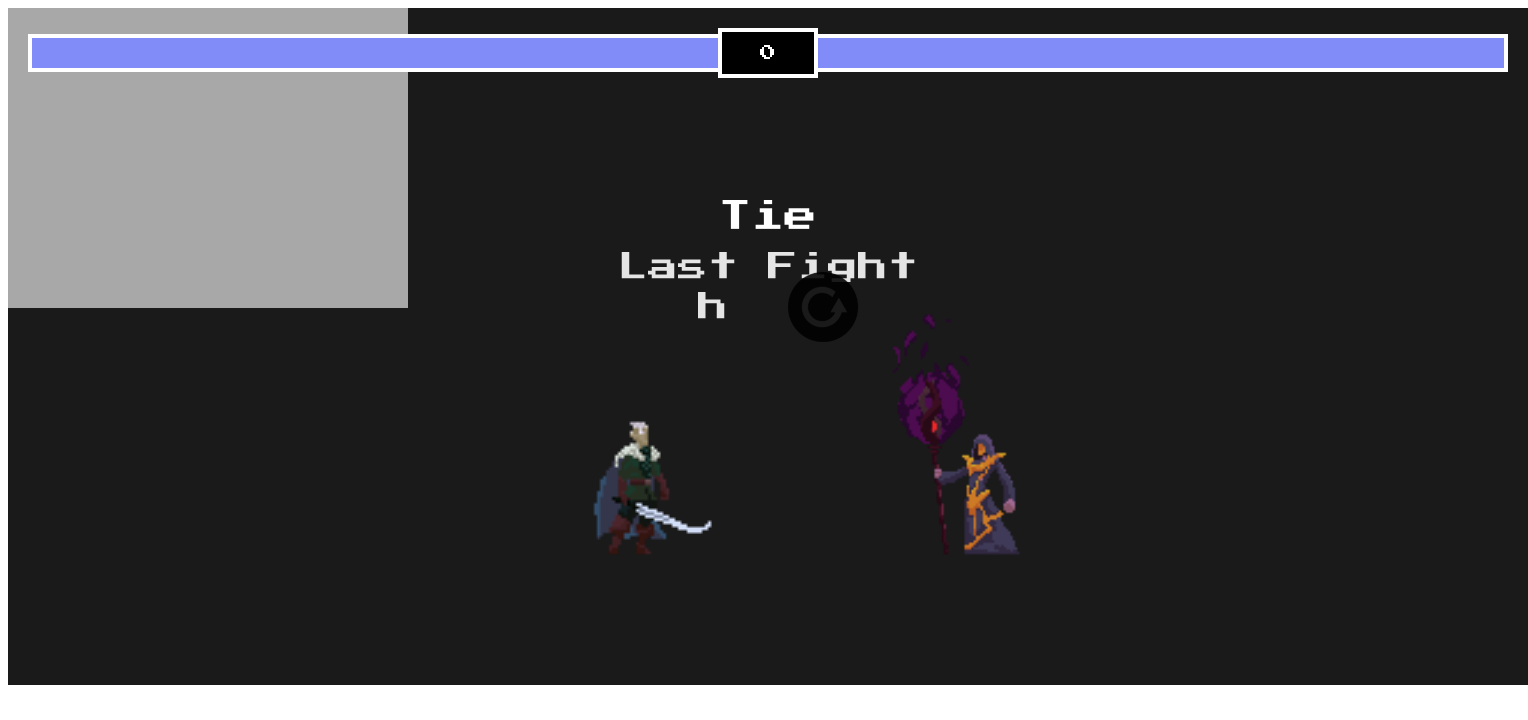
Repository: Gaurav31052/Fighting-game
Page: index.html
An editor plug-in stored every save of this project. The page is shown before and after the next save, followed by the edit.
The browser window is 1280 px wide. The page is 1528 px wide, so the pictures cover 1528 px, including what lies to the right of the window. The pictures show the whole page.
Some web libraries are served in a nearby version.

Above is the page before, as saved 2024-05-30 22:33:23.

### index.html
<head>
    <link rel="preconnect" href="https://fonts.googleapis.com">
    <link rel="preconnect" href="https://fonts.gstatic.com" crossorigin>
    <link href="https://fonts.googleapis.com/css2?family=Press+Start+2P&display=swap" rel="stylesheet">
    <style>
        * {
            box-sizing: border-box;
            font-family: "Press Start 2P", system-ui;
        }

            @keyframes fadeIn {
                from { opacity: 0; }
                to { opacity: 1; }
            }
            .image1{
                width: 70px;
            }

    </style>
</head>

<body>
    <!-- red container div -->
    <div style="position: relative; display: inline-block;">
        <!-- smaller red container div -->
        <div style="position: absolute; display: flex; align-items: center; width: 100%; padding: 20px;">
            <!-- player health -->
            <div style="position: relative; width: 100%; display: flex; justify-content: flex-end;
            border-top: 4px solid white;
            border-bottom: 4px solid white;
            border-left: 4px solid white;

            ">
                <div style="background-color: red; height: 30px; width: 100%;"></div>
                <div id="playerHealth"
                    style="position: absolute; background: #818CF8; top: 0; right: 0; bottom: 0; width: 100%;"></div>
            </div>
            <!-- timer -->
            <div id="timer"
                style="background-color: black; width: 100px; height: 50px; flex-shrink: 0; display: flex; align-items: center; justify-content: center; color: white; border: 4px solid white">
                10
            </div>
            <!-- enemy health -->
            <div style="position: relative;  width: 100%; border-top: 4px solid white;
            border-bottom: 4px solid white;
            border-right: 4px solid white;">
                <div style="background-color: red; height: 30px;"></div>
                <div id="enemyHealth"
                    style="position: absolute; background: #818CF8; top: 0; right: 0; bottom: 0; left: 0;"></div>
            </div>
        </div>
        <div id="displayText" style="position: absolute; color: white; display: flex; align-items: center; justify-content: center; top: 0;
        right: 0; left: 0; bottom: 260; font-size: 33px; display: none;">tie</div>
        <div id="displayText2" style="position: absolute; color: white; display: flex; align-items: center; justify-content: center; top: 0;
        right: 0; left: 0; bottom: 160; font-size: 30px; display: none; opacity: 0; animation: fadeIn 5s forwards; "></div>


        <div id="displayText4" style="position: absolute; color: white; display: flex; align-items: center; justify-content: center; top: 0;
        right: 0; left: 110; bottom: 80; font-size: 30px; display: none; opacity: 0; animation: fadeIn 5s forwards; "><img class="image1" src="./img/replay.png" alt="" srcset=""></div>
        <div id="displayText5" style="position: absolute; color: white; display: flex; align-items: center; justify-content: center; top: 0;
        right:110; left: 0; bottom: 80; font-size: 30px; display: none; opacity: 0; animation: fadeIn 5s forwards; ">h</div>



        <canvas id="canvas"></canvas>

    </div>

<!-- <script src="//cdnjs.cloudflare.com/ajax/libs/annyang/2.6.1/annyang.min.js"></script> -->
    <script src="https://cdnjs.cloudflare.com/ajax/libs/gsap/3.9.1/gsap.min.js"
        integrity="sha512-H6cPm97FAsgIKmlBA4s774vqoN24V5gSQL4yBTDOY2su2DeXZVhQPxFK4P6GPdnZqM9fg1G3cMv5wD7e6cFLZQ=="
        crossorigin="anonymous" referrerpolicy="no-referrer"></script>
    <script src="JS/utils.js"></script>
    <script src="JS/classes.js"></script>
    <script src="game.js"></script>

</body>

### JS/utils.js
function rectangularCollision({ rectangle1, rectangle2 }) {
    return (rectangle1.attackBox.position.x + rectangle1.attackBox.width >= rectangle2.position.x && rectangle1.attackBox.position.x <= rectangle2.position.x + rectangle2.width && rectangle1.attackBox.position.y + rectangle1.attackBox.height >= rectangle2.position.y && rectangle1.attackBox.position.y <= rectangle2.position.y + rectangle2.height)
}

function determineWinner({ player, enemy, timerId }) {
    clearTimeout(timerId)
    document.querySelector('#displayText').style.display = 'flex'
    document.querySelector('#displayText2').style.display = 'flex'
    // document.querySelector('#displayText3').style.display = 'flex'
    document.querySelector('#displayText4').style.display = 'flex'
    document.querySelector('#displayText5').style.display = 'flex'
    if (player.health === enemy.health) {
        game_sound.pause();
        draw.loop=true;
        draw.play();
        document.querySelector('#displayText').innerHTML = 'Tie'
        document.querySelector('#displayText2').innerHTML = 'Last Fight'
        // document.querySelector('#displayText4').innerHTML = 'Reply'
        // document.querySelector('#displayText5').innerHTML = 'home'
    }
    else if (player.health > enemy.health) {
        game_sound.pause();
        winning.play()
        document.querySelector('#displayText').innerHTML = 'Player-1 Wins!'
        document.querySelector('#displayText2').innerHTML = 'Last Fight'
    }
    else if (player.health < enemy.health) {
        game_sound.pause();
        winning.play()
        document.querySelector('#displayText').innerHTML = 'Player-2 Wins!'
        document.querySelector('#displayText2').innerHTML = 'Last Fight'
    }
}

let timer = 3;
let timerId
function decreaseTimer() {
    if (timer > 0) {
        timerId = setTimeout(decreaseTimer, 1000)
        timer--
        document.querySelector('#timer').innerHTML = timer;
    }
    if (timer == 0) {
        determineWinner({ player, enemy, timerId })
    }
}


var draw =new Audio("./audio/tie_bgm.mp3");
var winning =new Audio("./audio/winning audio.mp3");

### JS/classes.js
class Sprite {
    constructor({ position, imageSrc, scale = 1, frameMax = 1, offset = { x: 0, y: 0 } }) {
        this.position = position;
        this.width = 50
        this.height = 150
        this.image = new Image()
        this.image.src = imageSrc
        this.scale = scale
        this.frameMax = frameMax
        this.frameCurrent = 0
        this.frameElapsed = 0
        this.frameHold = 5
        this.offset = offset
    }
    draw() {

        c.drawImage(this.image, this.frameCurrent * (this.image.width / this.frameMax), 0, this.image.width / this.frameMax, this.image.height,

            this.position.x - this.offset.x, this.position.y - this.offset.y, (this.image.width / this.frameMax) * this.scale, this.image.height * this.scale)
    }

    animateFrame() {
        this.frameElapsed++
        if (this.frameElapsed % this.frameHold === 0) {
            if (this.frameCurrent < this.frameMax - 1) {

                this.frameCurrent++
            }
            else {
                this.frameCurrent = 0
            }
        }
    }

    update() {
        this.draw()
        this.animateFrame()
    }
}




class Fighter extends Sprite {
    constructor({ position, velocity, color = 'red', imageSrc, scale = 1, frameMax = 1, offset = { x: 0, y: 0 }, sprites,attackBox ={offset: {}, width: undefined, height: undefined} }) {
        super({
            position,
            imageSrc,
            frameMax,
            scale,
            offset
        })

        this.velocity = velocity;
        this.width = 50
        this.height = 150
        this.lastkey
        this.attackBox = {
            position: {
                x: this.position.x,
                y: this.position.y
            },
            offset: attackBox.offset,
            width: attackBox.width,
            height: attackBox.height
        }
        this.color = color
        this.isAttacking
        this.health = 100
        this.frameCurrent = 0
        this.frameElapsed = 0
        this.frameHold = 5
        this.sprites =sprites
        this.dead = false

        for(const sprite in this.sprites){
            sprites[sprite].image =new Image()
            sprites[sprite].image.src= sprites[sprite].imageSrc
        }

    }
    // draw() {
    //     c.fillStyle = this.color
    //     c.fillRect(this.position.x, this.position.y, this.width, this.height)

    //     // attack box
    //     if (this.isAttacking) {
    //         c.fillStyle = 'green'
    //         c.fillRect(this.attackBox.position.x, this.attackBox.position.y, this.attackBox.width, this.attackBox.height)
    //     }
    // }
    update() {
        this.draw()
        if(!this.dead)
        this.animateFrame()


// attack boxes
        this.attackBox.position.x = this.position.x + this.attackBox.offset.x
        this.attackBox.position.y = this.position.y + this.attackBox.offset.y

        // draw the attack box
        // c.fillRect(this.attackBox.position.x, this.attackBox.position.y, this.attackBox.width, this.attackBox.height)

        this.position.y += this.velocity.y
        this.position.x += this.velocity.x

        //gravity function
        if (this.position.y + this.height + this.velocity.y >= canvas.height-200) {
            this.velocity.y = 0
            this.position.y = 400
        }
        else {
            this.velocity.y += gravity
        }

    }
    attack() {
        this.switchSprite('attack1')
        this.isAttacking = true

    }

    takeHit(){
        this.health -= 5

        if(this.health <= 0){
            this.switchSprite('death')
        }
        else{
            this.switchSprite('takeHit')
        }
    }

    switchSprite(sprite){
        if(this.image === this.sprites.death.image) {
            if(this.frameCurrent=== this.sprites.death.frameMax-1) this.dead = true
            return}
        // overriding all other animations with the attack animations
        if(this.image === this.sprites.attack1.image && this.frameCurrent < this.sprites.attack1.frameMax -1) return

        // override when fighter gets hit
        if(this.image === this.sprites.takeHit.image && this.frameCurrent < this.sprites.takeHit.frameMax -1) return

        switch (sprite) {
            case 'idle':
                if(this.image!= this.sprites.idle.image){
                this.image=this.sprites.idle.image
                this.frameMax = this.sprites.idle.frameMax
                this.frameCurrent = 0
        }
                break;
            case 'run':
            if(this.image!= this.sprites.run.image){
            this.image=this.sprites.run.image
            this.frameMax = this.sprites.run.frameMax
            this.frameCurrent = 0
        }
                break;
            case 'jump':
                if(this.image!= this.sprites.jump.image){
                this.image =this.sprites.jump.image
                this.frameMax = this.sprites.jump.frameMax
                this.frameCurrent = 0
                }
                break;
            case 'fall':
                if(this.image!= this.sprites.fall.image){
                this.image =this.sprites.fall.image
                this.frameMax = this.sprites.fall.frameMax
                this.frameCurrent = 0
                }
                break;
            case 'attack1':
                if(this.image!= this.sprites.attack1.image){
                this.image =this.sprites.attack1.image
                this.frameMax = this.sprites.attack1.frameMax
                this.frameCurrent = 0
                }
                break;
            case 'takeHit':
                if(this.image!= this.sprites.takeHit.image){
                this.image =this.sprites.takeHit.image
                this.frameMax = this.sprites.takeHit.frameMax
                this.frameCurrent = 0
                }
                break;
            case 'death':
                if(this.image!= this.sprites.death.image){
                this.image =this.sprites.death.image
                this.frameMax = this.sprites.death.frameMax
                this.frameCurrent = 0
                }

                break;

        }
    }
}

### game.js
const canvas = document.getElementById('canvas');
const c = canvas.getContext('2d');

canvas.width = 1520
// canvas.width = window. innerWidth;
canvas.height = 677
// canvas.height = window. innerHeight;

c.fillRect(0, 0, canvas.width, canvas.height)

const gravity = 2.9


const background = new Sprite({
    position: {
        x: 0,
        y: 0,

    },
    // imageSrc: './img/background5.jpg'
    imageSrc: localStorage.getItem(1)


})





// const shop = new Sprite({
//     position: {
//         x: 600,
//         y: 128
//     },
//     imageSrc: './img/shop.png',
//     scale: 2.75,
//     frameMax: 6
// })


const player = new Fighter({
    position: {
        x: 600,
        y: 0
    },
    velocity: {
        x: 0,
        y: 0
    },
    offset: {
        x: 0,
        y: 0
    },
    imageSrc: './img/samuraiMack/Idle.png',

    frameMax: 10,
    scale:3,
    offset: {
        x:215,
        y:157
    },

    sprites:{
        idle: {
            imageSrc: './img/samuraiMack/Idle.png',
            frameMax: 10
        },
        run:{
            imageSrc: './img/samuraiMack/Run.png',
            frameMax: 8

        },
        jump:{
            imageSrc: './img/samuraiMack/Jump.png',
            frameMax: 3

        },
        fall:{
            imageSrc: './img/samuraiMack/Fall.png',
            frameMax: 3
        },
        attack1:{
            imageSrc: './img/samuraiMack/Attack1.png',
            frameMax: 7
        },
        takeHit:{
            imageSrc: './img/samuraiMack/Take hit.png',
            frameMax: 3
        },
        death:{
            imageSrc: './img/samuraiMack/Death.png',
            frameMax: 7
        }

    },
    attackBox:{
        offset:{
            x:90,
            y:50
        },
        width:70,
        height:50
    }
})




const enemy = new Fighter({
    position: {
        x: 900,
        y: 100
    },
    velocity: {
        x: 0,
        y: 0
    },
    color: 'blue',
    offset: {
        x: -50,
        y: 0
    },
    imageSrc: './img/kenji/Idle.png',
    frameMax: 8,
    scale:2.3,
    offset: {
        x:215,
        y:238
    },

    sprites:{
        idle: {
            imageSrc: './img/kenji/Idle.png',

            frameMax: 8
        },
        run:{
            imageSrc: './img/kenji/Run.png',
            frameMax: 8

        },
        jump:{
            imageSrc: './img/kenji/Jump.png',
            frameMax: 2

        },
        fall:{
            imageSrc: './img/kenji/Fall.png',
            frameMax: 2
        },
        attack1:{
            imageSrc: './img/kenji/Attack1.png',
            frameMax: 8
        },
        takeHit:{
            imageSrc:'./img/kenji/Take hit.png',
            frameMax: 3
        },
        death:{
            imageSrc: './img/kenji/Death.png',
            frameMax: 7
        }


    },
    attackBox:{
        offset:{
            x:-140,
            y:50
        },
        width:130,
        height:50
    }
})

// console.log(player)

const key = {
    a: {
        pressed: false
    },
    d: {
        pressed: false
    },
    ArrowRight: {
        pressed: false
    },
    ArrowLeft: {
        pressed: false
    }
}


decreaseTimer()


function animate() {
    window.requestAnimationFrame(animate)
    c.fillStyle = 'black'
    c.fillRect(0, 0, canvas.width, canvas.height)
    background.update()
    // shop.update()
    c.fillStyle ='rgba(255,255,255,0.1)'
    c.fillRect(0,0, canvas.width, canvas.height)
    player.update()
    enemy.update()
    player.velocity.x = 0
    enemy.velocity.x = 0

    // player movement

    if (key.a.pressed && player.lastkey === 'a') {
        player.velocity.x = -5
        player.switchSprite('run')
    }
    else if (key.d.pressed && player.lastkey === 'd') {
        player.velocity.x = 5
        player.switchSprite('run')
    }
    else{
        player.switchSprite('idle')
    }

    //jumping player
    if(player.velocity.y<0){
       player.switchSprite('jump')
    }
    else if(player.velocity.y>0){
        player.switchSprite('fall')
    }



    // enemy movement
    if (key.ArrowLeft.pressed && enemy.lastkey === 'ArrowLeft') {
        enemy.velocity.x = -5
        enemy.switchSprite('run')
    }
    else if (key.ArrowRight.pressed && enemy.lastkey === 'ArrowRight') {
        enemy.velocity.x = 5
        enemy.switchSprite('run')
    }
    else{
        enemy.switchSprite('idle')
    }
     //jumping enemy
     if(enemy.velocity.y<0){
        enemy.switchSprite('jump')
     }
     else if(enemy.velocity.y>0){
         enemy.switchSprite('fall')
     }

    // detect for collision & enemy get hit
    if (rectangularCollision({ rectangle1: player, rectangle2: enemy }) && player.isAttacking && player.frameCurrent===4) {
        enemy.takeHit()
        enemy_take_hit.volume=0.2
        enemy_take_hit.play()
        player.isAttacking = false

        // document.querySelector('#enemyHealth').style.width = enemy.health + '%'
        gsap.to('#enemyHealth',{
            width:enemy.health + '%'
        })
    }

    // if player misses
    if(player.isAttacking && player.frameCurrent === 4){
        player.isAttacking = false
    }

    // this is where our player hit
    if (rectangularCollision({ rectangle1: enemy, rectangle2: player }) && enemy.isAttacking && enemy.frameCurrent === 2) {
        player.takeHit()
        player_take_hit.volume=0.2
        player_take_hit.play();
        enemy.isAttacking = false
        // console.log('enemy is Attacking')
        // document.querySelector('#playerHealth').style.width = player.health + '%'
        gsap.to('#playerHealth',{
            width:player.health + '%'
        })
    }

     // if enemy misses
     if(enemy.isAttacking && enemy.frameCurrent === 2){
        enemy.isAttacking = false
    }
    // end game based on health
    if (enemy.health <= 0 || player.health <= 0) {
        determineWinner({ player, enemy, timerId })
    }
}

animate()


window.addEventListener('keydown', (event) => {
    if(!player.dead){


    switch (event.key) {
        case 'd':
            key.d.pressed = true
            player.lastkey = 'd'
            break
        case 'a':
            key.a.pressed = true
            player.lastkey = 'a'
            break
        case 'w':
            player.velocity.y = -38
            break
        case ' ':
            player.attack()
            sword.play();
            break

        }
    }

    if(!enemy.dead){

switch(event.key){
    case 'ArrowRight':
            key.ArrowRight.pressed = true
            enemy.lastkey = 'ArrowRight'
            break
        case 'ArrowLeft':
            key.ArrowLeft.pressed = true
            enemy.lastkey = 'ArrowLeft'
            break
        case 'ArrowUp':
            enemy.velocity.y = -38
            break
        case 'ArrowDown':
            enemy.attack()
            woo1.play();
            break
}

}

})
window.addEventListener('keyup', (event) => {
    switch (event.key) {
        case 'd':
            key.d.pressed = false
            break
        case 'a':
            key.a.pressed = false
            break

    }

    // enemy key
    switch (event.key) {
        case 'ArrowRight':
            key.ArrowRight.pressed = false
            break
        case 'ArrowLeft':
            key.ArrowLeft.pressed = false
            break

    }
})





// voice command

// if(annyang){
//     var commands={
//         // 'forward': function(){alert('helloooo');}
//         'forward': function(){ key.d.pressed = true
//             player.lastkey = 'd'
//         setTimeout(()=>{
//             key.d.pressed = false
//             annyang.start()
//         },500)
//         },
//         'stop': function(){ key.d.pressed = false
//             player.lastkey = 'd' },
//         'back': function(){key.a.pressed = true
//             player.lastkey = 'a'
//             setTimeout(()=>{
//                 key.a.pressed = false
//                 annyang.start()
//             },500)},
//         'jump': function(){player.velocity.y = -38
//             annyang.start()},
//         'attack': function(){ player.attack()
//             annyang.start()}
//     };
//     annyang.addCommands(commands);
//     annyang.start();
// }


//Sound Effect
var sword =new Audio("./audio/sword sound.mp4");
var player_take_hit =new Audio("./audio/grunt_1.mp3");
var enemy_take_hit =new Audio("./audio/grunt_2.mp3");
var woo1 =new Audio("./audio/woo1.mp3");
var fight = new Audio("./audio/fight-deep-voice.mp3");
fight.play();
// draw_music.play();
var game_sound =new Audio("./audio/game_bgm.mp3");
game_sound.loop=true;
game_sound.volume=0.3;
game_sound.play();

After the next save:
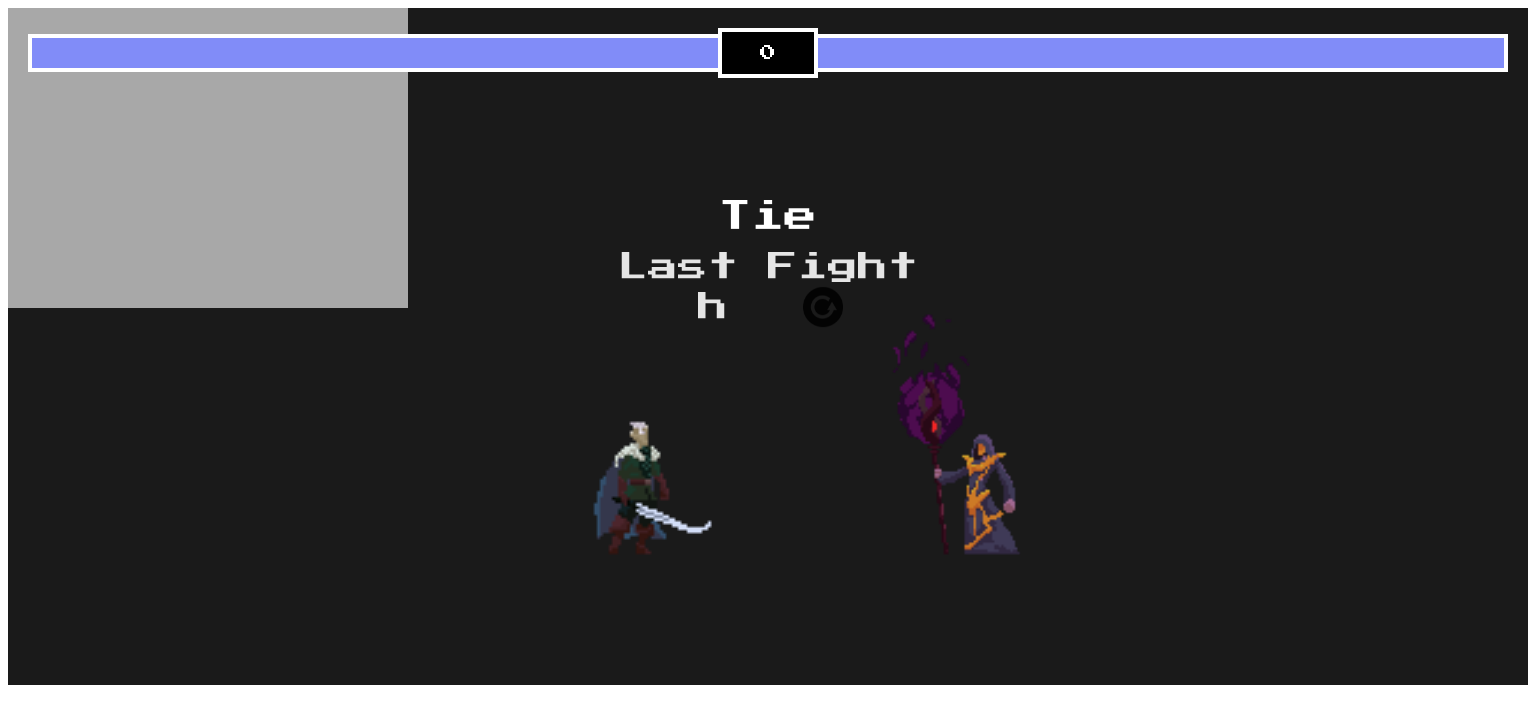
Saved 35 s later.
--- a/index.html
+++ b/index.html
@@ -13,7 +13,7 @@
                 to { opacity: 1; }
             }
             .image1{
-                width: 70px;
+                width: 40px;
             }
 
     </style>
